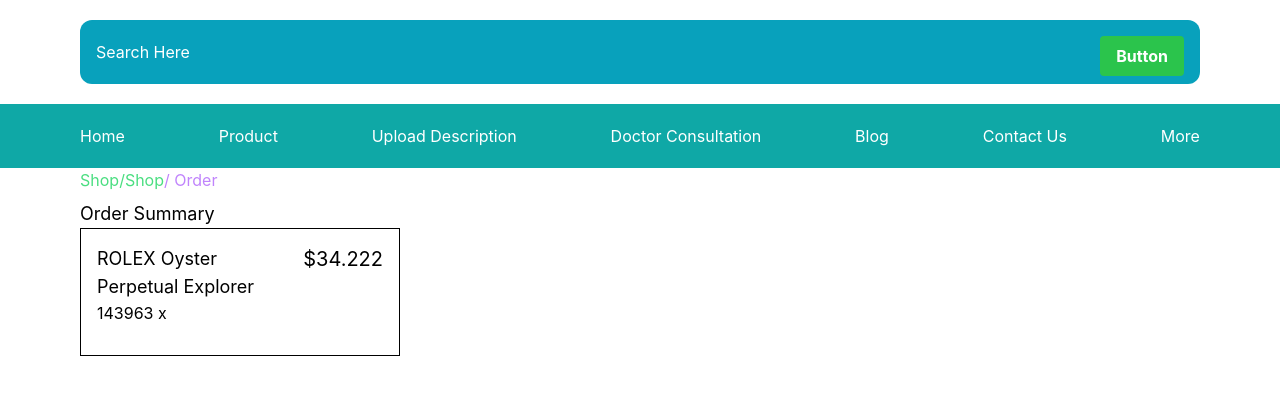
Repository: arafatmollah/pharma
Page: /
The author's editor kept a copy of each file at every save. The page is drawn from the files as they stood at one save, then again after the next save.
The browser window is 1280 px wide. The pictures show the whole page.
The project was rebuilt for these pictures with package versions that can differ from the ones it lists, and the page was loaded fresh each time.

Above is the page before, as saved 2023-03-12 01:34:48.

After the next save:
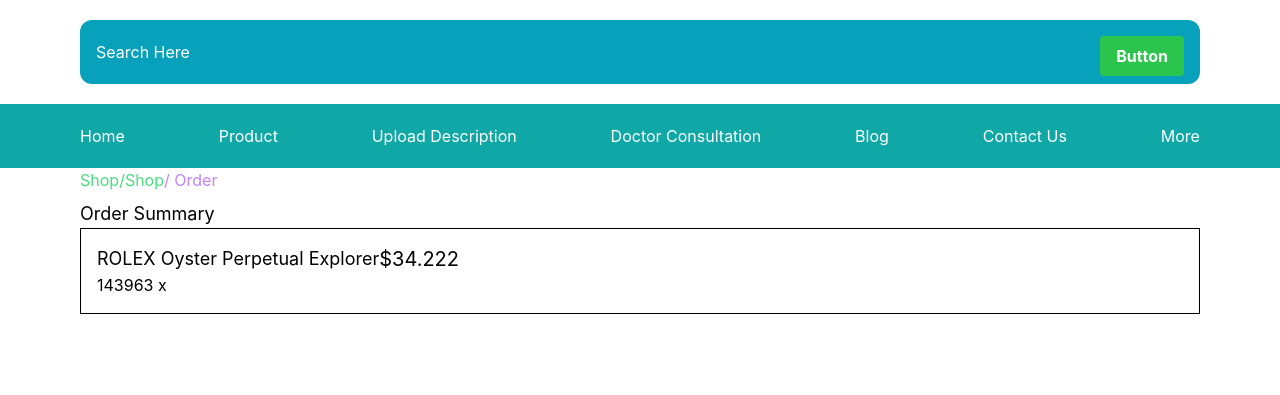
Saved 18 s later.
--- a/src/Order.js
+++ b/src/Order.js
@@ -12,7 +12,7 @@ function order() {
           <h3 className='text-lg'>Order Summary</h3>
         </div>
         <div className='mx-20'>
-          <div className='flex border-box h-32 w-80 p-4 order'>
+          <div className='flex border-box p-4 order'>
             <div>
               <h1 className='text-lg'>ROLEX Oyster Perpetual Explorer</h1>
               <p>143963 x</p>
